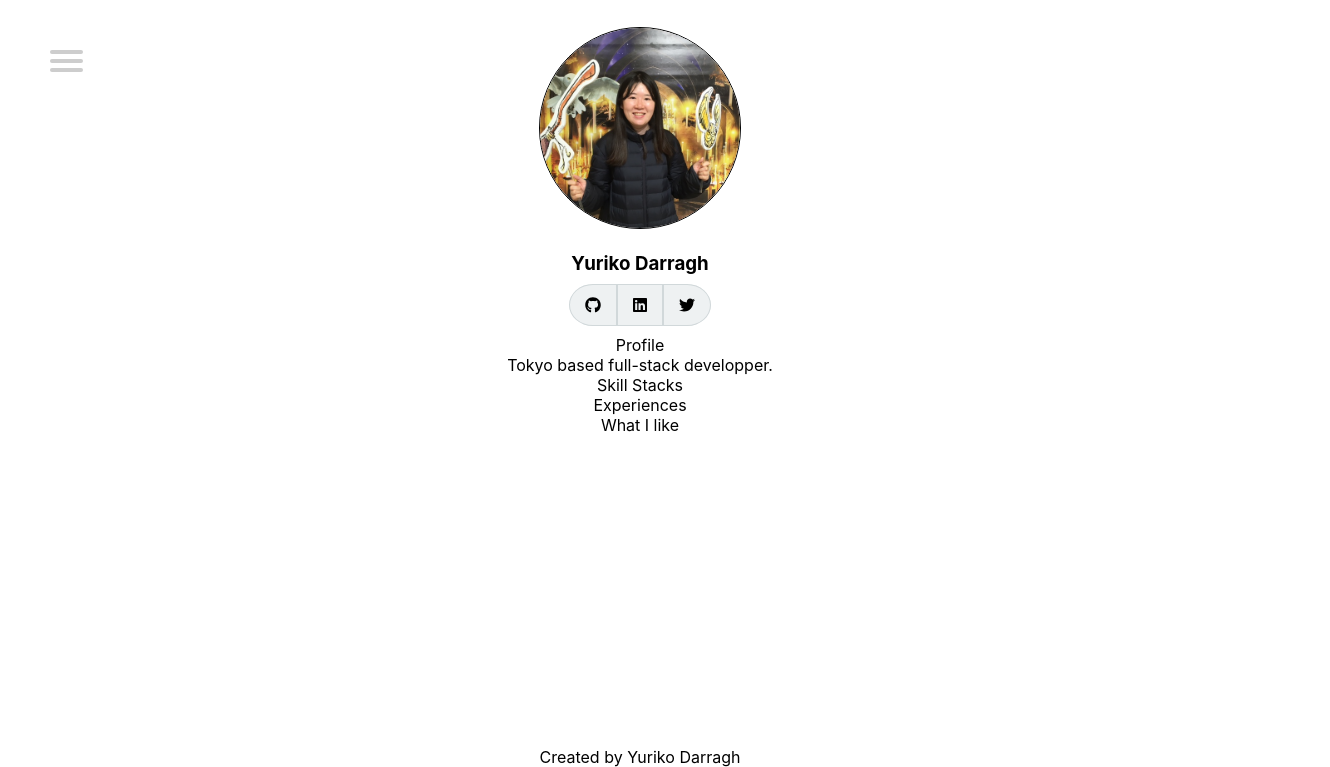
Repository: yuriko-pixel/react-portfolio
Page: /about
These files come from the project's save history. The page is drawn as it stood at one moment and after the next save; the edit follows.
The browser window is 1280 px wide. The page is 1330 px wide, so the pictures cover 1330 px, including what lies to the right of the window. The pictures show the whole page.
The project was rebuilt for these pictures with package versions that can differ from the ones it lists, and the page was loaded fresh each time. Also part of the build but not shown: src/components/worktemp.js, src/styles/top.module.scss, src/components/top.js, src/styles/works.module.scss, src/components/works.js, src/components/home.js.

Above is the page before, as saved 2021-05-19 12:42:15.

After the next save:
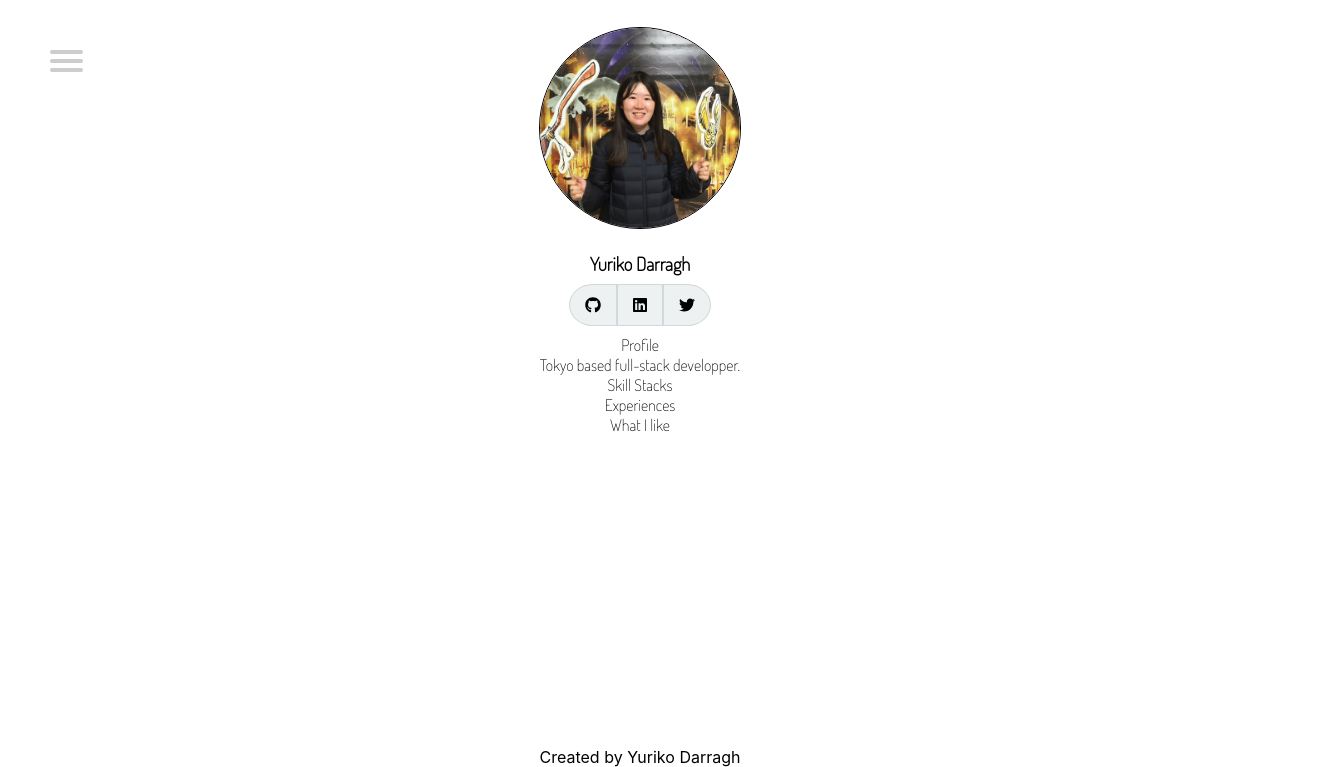
Saved 100 s later.
--- a/src/styles/about.module.scss
+++ b/src/styles/about.module.scss
@@ -1,5 +1,6 @@
+@import url('https://fonts.googleapis.com/css2?family=Dosis:wght@200&display=swap');
 
-.container {
+.container {font-family: 'Dosis', sans-serif;
    height: 100vh;
 }
 .profimg {
